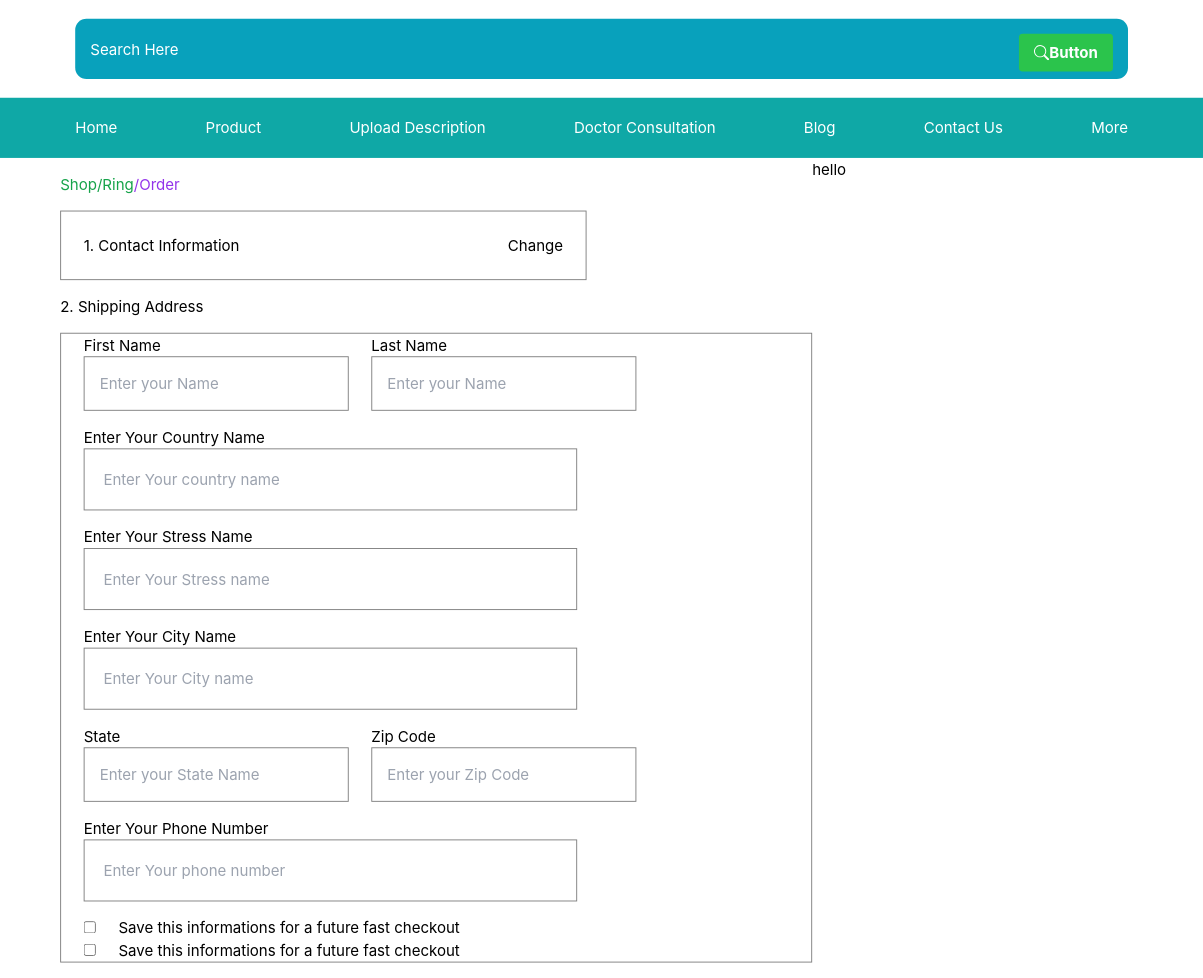
Repository: arafatmollah/form-pharma
Page: /
An editor plug-in stored every save of this project. The page is shown before and after the next save, followed by the edit.
The browser window is 1280 px wide. The pictures show the whole page, at 94% of full size.
The project was rebuilt for these pictures with package versions that can differ from the ones it lists, and the page was loaded fresh each time.

Above is the page before, as saved 2023-03-15 00:09:58.

### src/index.js


import React from 'react';
import ReactDOM from 'react-dom/client';
import './index.css';
import App from './App';
import reportWebVitals from './reportWebVitals';

const root = ReactDOM.createRoot(document.getElementById('root'));
root.render(
  <React.StrictMode>
    <App />
  </React.StrictMode>
);

// If you want to start measuring performance in your app, pass a function
// to log results (for example: reportWebVitals(console.log))
// or send to an analytics endpoint. Learn more: https://bit.ly/CRA-vitals
reportWebVitals();

### src/App.js

import './App.css';
import Nav from './Nav';
import Form from './Form';

function App() {
  return (
    <div className="App">
     <Nav></Nav>
     <Form></Form>
    </div>
  );
}

export default App;

### src/App.css
.box-border{
  background-color: #08A1BC;
}
.btn {
  @apply font-bold py-2 px-4 rounded;
  background-color: #2BC44C;
  color: white;
}
.btn-blue {
  @apply bg-blue-500 text-white;
}
.btn-blue:hover {
  @apply bg-blue-700;
}
.nav{
  background-color: #0FA8A6;
}
.info{
  width: 70%;
  border: 1px solid gray;
}
.input{
  border: 1px solid gray;
}
.an{
  width: 70%;
}
.information{
  display: grid;
  grid-template-columns: 800px 200px;
}
.form{
  border: 1px solid gray;
}

### src/Nav.js
import React from 'react'
import './App.css';
import { BsSearch } from 'react-icons/bs';

function Nav() {
  return (
    <div>
        <div className='box-border h-16 w-100 p-4 mx-20 my-5 rounded-xl'>
          <div className='flex justify-between align-middle'>
                <p className='text-white mt-1'>Search Here</p>
                <button className="btn mb-1 py-2 flex items-center justify-between"><BsSearch></BsSearch> Button</button>
          </div>
        </div>
        <div className='box-border h-16 w-100 nav'>
            <div className='flex mx-20 items-center justify-between text-white'>
            <div className='mt-5'>Home</div>
            <div className='mt-5'> Product</div>
            <div className='mt-5'>Upload Description</div>
            <div className='mt-5'>Doctor Consultation</div>
            <div className='mt-5'>Blog</div>
            <div className='mt-5'>Contact Us</div>
            <div className='mt-5'>More</div>
            </div>
        </div>
    </div>
  )
}

export default Nav

### src/Form.js
import React from 'react'

function form() {
  return (
    <div>
        <div className='mx-16 information'>
            <div>
            <div className='flex my-4'>
                <p className='text-green-600'>Shop</p>
                <p className='text-green-600'> /Ring</p>
                <p className='text-purple-600'>/Order</p>
            </div>
            <div>
            <div className='info p-6 flex justify-between'>
              <p>1. Contact Information</p>
              <p>Change </p>
            </div>
            <div className='my-4'>
              <p>2. Shipping Address</p>
              <form className='my-4 form'>
               <div className='flex'>
               <div className='mx-6'>
                <label>First Name</label> <br></br>
                <input className='input p-4' type='text' placeholder="Enter your Name"></input>
                </div>
                <div>
                <label>Last Name</label> <br></br>
                <input className='input p-4' type='text' placeholder="Enter your Name"></input>
                </div>
               </div>
               <div className='my-4 mx-6'>
                <label>Enter Your Country Name</label><br></br>
                <input className='an input p-5' type='text' placeholder='Enter Your country name'></input>
               </div>
               <div className='my-4 mx-6'>
                <label>Enter Your Stress Name</label><br></br>
                <input className='an input p-5' type='text' placeholder='Enter Your Stress name'></input>
               </div>
               <div className='my-4 mx-6'>
                <label>Enter Your City Name</label><br></br>
                <input className='an input p-5' type='text' placeholder='Enter Your City name'></input>
               </div>
               <div className='flex'>
               <div className='mx-6'>
                <label>State</label> <br></br>
                <input className='input p-4' type='text' placeholder="Enter your State Name"></input>
                </div>
                <div>
                <label>Zip Code</label> <br></br>
                <input className='input p-4' type='number' placeholder="Enter your Zip Code"></input>
                </div>
               </div>
               <div className='my-4 mx-6'>
                <label>Enter Your Phone Number</label><br></br>
                <input className='an input p-5' type='number' placeholder='Enter Your phone number'></input>
               </div>
               <div>
                <input type="checkbox" className='mx-6 p-4'></input>
                <label>Save this informations for a future fast checkout</label><br></br>
                <input type="checkbox" className='mx-6 p-4'></input>
                <label>Save this informations for a future fast checkout</label>
               </div>
              </form>
            </div>
            </div>
            </div>
            <div>
              <div>
                hello
              </div>
            </div>
        </div>
    </div>
  )
}

export default form

Loaded but not shown: public/index.html (common file); src/index.css (common file); src/reportWebVitals.js (common file); tailwind.config.js (common file)

After the next save:
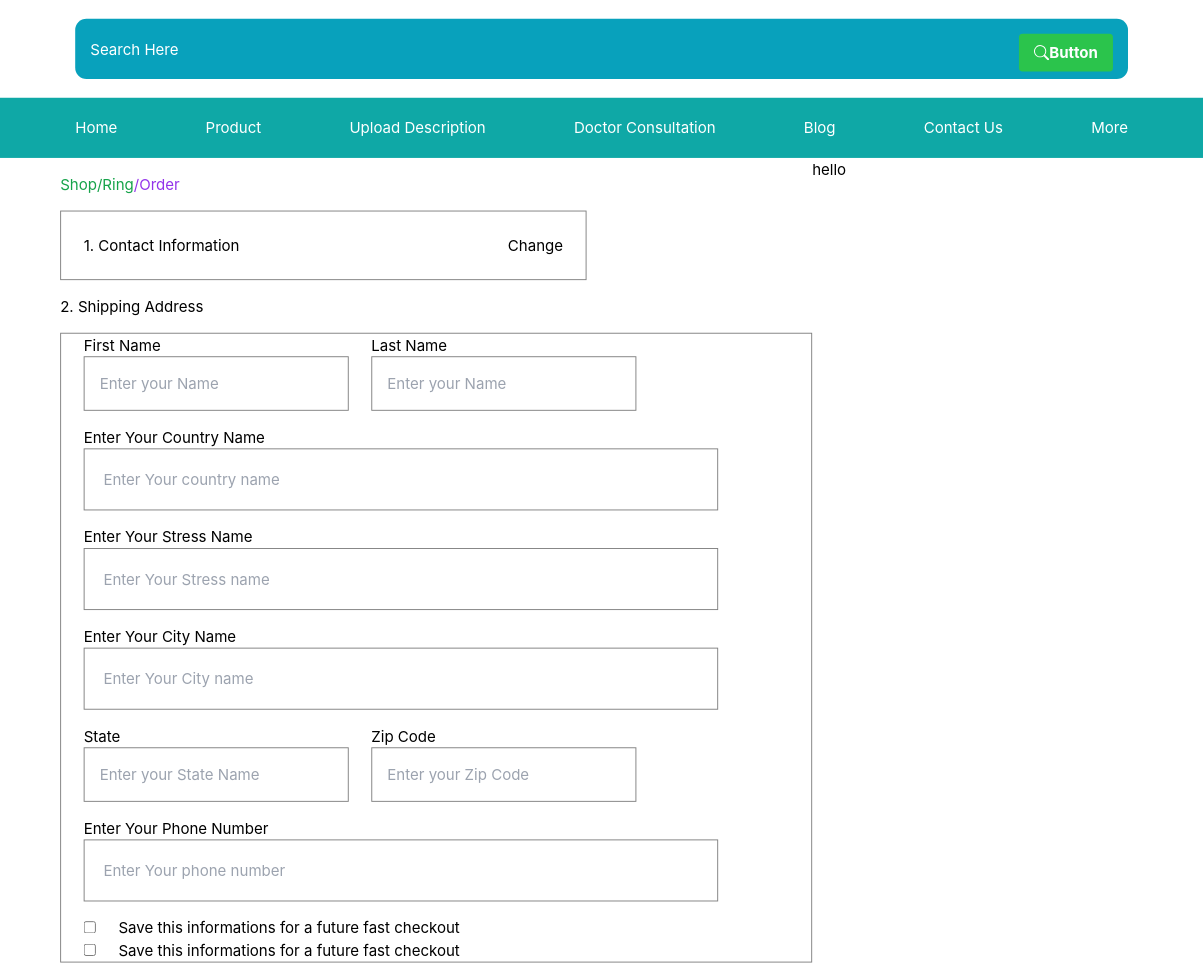
Saved 14 s later.
--- a/src/App.css
+++ b/src/App.css
@@ -23,7 +23,7 @@
   border: 1px solid gray;
 }
 .an{
-  width: 70%;
+  width: 90%;
 }
 .information{
   display: grid;
